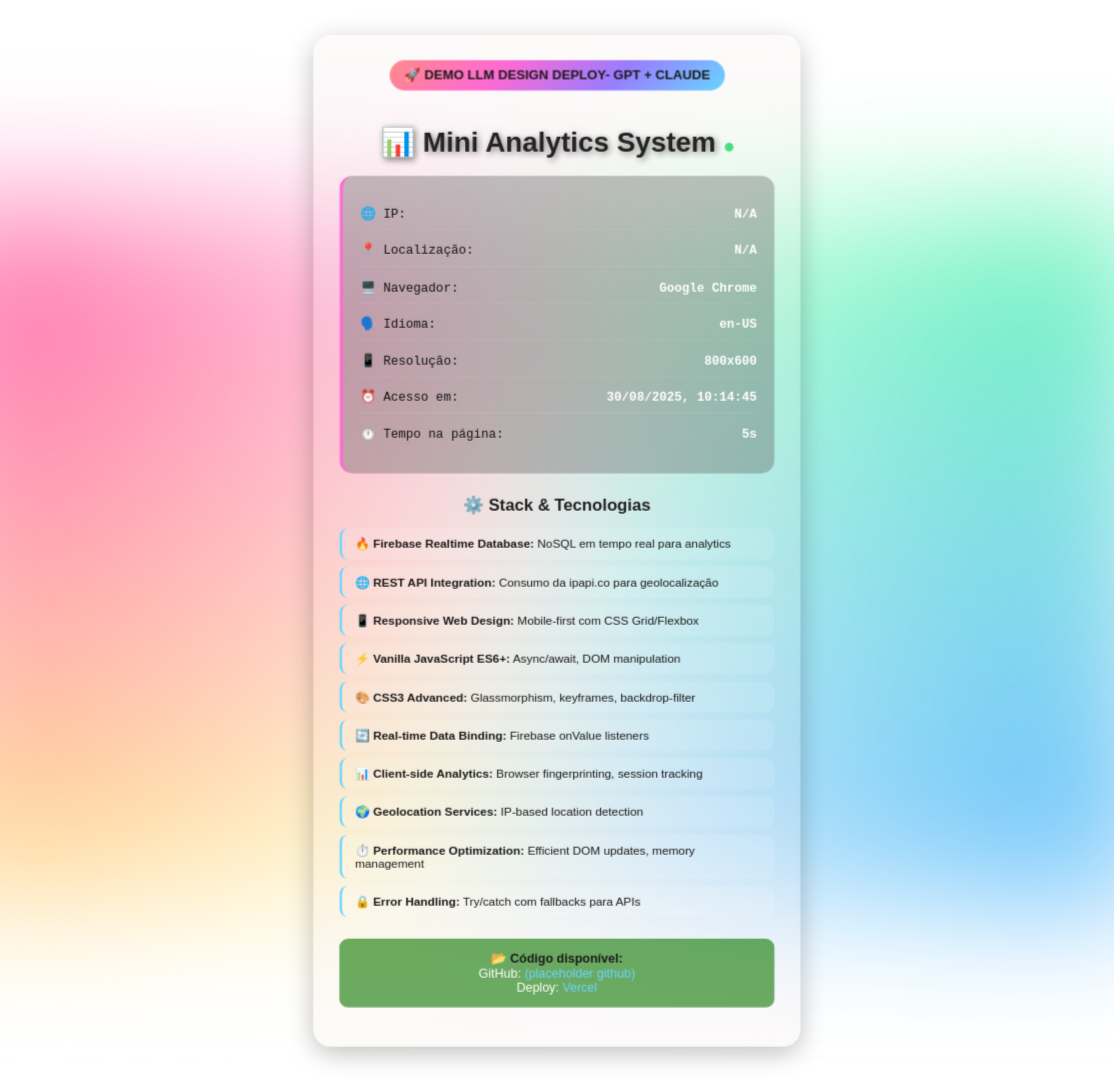
Repository: nardogod/mini-analytics
Page: mini.html
These files come from the project's save history. The page is drawn as it stood at one moment and after the next save; the edit follows.
The browser window is 1280 px wide. The pictures show the whole page, at 87% of full size.
The page's requests for data from a server got no answer.

Above is the page before, as saved 2025-08-30 11:18:23.

### mini.html
<!DOCTYPE html>
<html lang="pt-BR">
  <head>
    <meta charset="UTF-8" />
    <meta name="viewport" content="width=device-width, initial-scale=1.0" />
    <title>Demo Analytics - Portfólio</title>
    <style>
      body {
        margin: 0;
        font-family: "Poppins", sans-serif;
        display: flex;
        justify-content: center;
        align-items: center;
        min-height: 100vh;
        overflow-x: hidden;
        color: #1b1919;
        text-align: center;
        padding: 20px 0;
      }

      /* Fundo vibrante com bolhas coloridas mais intensas */
      .background {
        position: fixed;
        width: 100%;
        height: 100%;
        background: radial-gradient(
            circle at top left,
            rgba(255, 80, 160, 0.9),
            transparent 55%
          ),
          radial-gradient(
            circle at bottom right,
            rgba(80, 180, 255, 0.9),
            transparent 55%
          ),
          radial-gradient(
            circle at top right,
            rgba(80, 255, 160, 0.9),
            transparent 55%
          ),
          radial-gradient(
            circle at bottom left,
            rgba(255, 240, 120, 0.9),
            transparent 55%
          );
        filter: blur(70px);
        animation: moveBubbles 15s infinite alternate ease-in-out;
        z-index: -1;
      }

      @keyframes moveBubbles {
        0% {
          transform: translate(0, 0) scale(1);
        }
        25% {
          transform: translate(-50px, 40px) scale(1.1);
        }
        50% {
          transform: translate(40px, -50px) scale(1.15);
        }
        75% {
          transform: translate(-30px, -20px) scale(1.05);
        }
        100% {
          transform: translate(50px, 50px) scale(1);
        }
      }

      .container {
        background: rgba(240, 222, 222, 0.15);
        border-radius: 20px;
        padding: 30px;
        width: 90%;
        max-width: 500px;
        box-shadow: 0 8px 30px rgba(0, 0, 0, 0.25);
        backdrop-filter: blur(20px);
        margin: 20px;
      }

      h1 {
        font-size: 2rem;
        margin-bottom: 20px;
        color: #242222;
        text-shadow: 2px 2px 8px rgba(0, 0, 0, 0.5);
        position: relative;
      }

      /* Indicador de ao vivo */
      h1::after {
        content: "";
        display: inline-block;
        width: 10px;
        height: 10px;
        background: #4ade80;
        border-radius: 50%;
        margin-left: 10px;
        animation: blink 1.2s infinite;
      }

      @keyframes blink {
        0%,
        50% {
          opacity: 1;
        }
        51%,
        100% {
          opacity: 0.3;
        }
      }

      .demo-badge {
        display: inline-block;
        background: linear-gradient(135deg, #ff8a8a, #ff6ad5, #9a7dff, #6ad5ff);
        padding: 8px 16px;
        border-radius: 25px;
        font-size: 0.9rem;
        font-weight: bold;
        margin-bottom: 20px;
        animation: pulse 2s infinite;
      }

      @keyframes pulse {
        0%,
        100% {
          transform: scale(1);
        }
        50% {
          transform: scale(1.05);
        }
      }

      .analytics-display {
        background: rgba(88, 84, 84, 0.35);
        border-radius: 15px;
        padding: 20px;
        margin: 20px 0;
        text-align: left;
        font-family: "Courier New", monospace;
        font-size: 0.9rem;
        line-height: 1.6;
        border-left: 4px solid #ff6ad5;
      }

      .metric {
        display: flex;
        justify-content: space-between;
        margin: 8px 0;
        padding: 5px 0;
        border-bottom: 1px solid rgba(255, 255, 255, 0.1);
      }

      .metric:last-child {
        border-bottom: none;
      }

      .label {
        color: #131212;
        font-weight: 500;
      }

      .value {
        color: #fff;
        font-weight: bold;
      }

      .tecnicas {
        margin-top: 25px;
        font-size: 0.85rem;
        text-align: left;
      }

      .tecnicas h2 {
        font-size: 1.2rem;
        margin-bottom: 15px;
        text-align: center;
        color: #201f1f;
      }

      .tecnicas ul {
        list-style: none;
        padding: 0;
      }

      .tecnicas li {
        background: rgba(255, 255, 255, 0.1);
        margin: 8px 0;
        padding: 10px 15px;
        border-radius: 10px;
        border-left: 3px solid #6ad5ff;
        transition: all 0.3s ease;
      }

      .tecnicas li:hover {
        background: rgba(255, 255, 255, 0.25);
        transform: translateX(5px);
      }
    </style>
  </head>
  <body>
    <div class="background"></div>
    <div class="container">
      <div class="demo-badge">🚀 DEMO LLM DESIGN DEPLOY- GPT + CLAUDE</div>
      <h1>📊 Mini Analytics System</h1>

      <div class="analytics-display" id="analytics">
        <div class="metric">
          <span class="label">🌐 IP:</span>
          <span class="value" id="ip">Detectando...</span>
        </div>
        <div class="metric">
          <span class="label">📍 Localização:</span>
          <span class="value" id="location">Carregando...</span>
        </div>
        <div class="metric">
          <span class="label">🖥️ Navegador:</span>
          <span class="value" id="browser">Analisando...</span>
        </div>
        <div class="metric">
          <span class="label">🗣️ Idioma:</span>
          <span class="value" id="language">--</span>
        </div>
        <div class="metric">
          <span class="label">📱 Resolução:</span>
          <span class="value" id="screen">--</span>
        </div>
        <div class="metric">
          <span class="label">⏰ Acesso em:</span>
          <span class="value" id="timestamp">--</span>
        </div>
        <div class="metric">
          <span class="label">⏱️ Tempo na página:</span>
          <span class="value" id="sessionTime">0s</span>
        </div>
      </div>

      <div class="tecnicas">
        <h2>⚙️ Stack & Tecnologias</h2>
        <ul>
          <li>
            🔥 <strong>Firebase Realtime Database:</strong> NoSQL em tempo real
            para analytics
          </li>
          <li>
            🌐 <strong>REST API Integration:</strong> Consumo da ipapi.co para
            geolocalização
          </li>
          <li>
            📱 <strong>Responsive Web Design:</strong> Mobile-first com CSS
            Grid/Flexbox
          </li>
          <li>
            ⚡ <strong>Vanilla JavaScript ES6+:</strong> Async/await, DOM
            manipulation
          </li>
          <li>
            🎨 <strong>CSS3 Advanced:</strong> Glassmorphism, keyframes,
            backdrop-filter
          </li>
          <li>
            🔄 <strong>Real-time Data Binding:</strong> Firebase onValue
            listeners
          </li>
          <li>
            📊 <strong>Client-side Analytics:</strong> Browser fingerprinting,
            session tracking
          </li>
          <li>
            🌍 <strong>Geolocation Services:</strong> IP-based location
            detection
          </li>
          <li>
            ⏱️ <strong>Performance Optimization:</strong> Efficient DOM updates,
            memory management
          </li>
          <li>
            🔒 <strong>Error Handling:</strong> Try/catch com fallbacks para
            APIs
          </li>
        </ul>

        <div style="margin-top: 25px; text-align: center; font-size: 0.9rem">
          <div
            style="
              background: rgba(20, 122, 7, 0.623);
              padding: 15px;
              border-radius: 10px;
              margin: 15px 0;
            "
          >
            <strong>📂 Código disponível:</strong><br />
            <span style="color: #ffffff">GitHub: </span
            ><span style="color: #6ad5ff">(placeholder github)</span><br />
            <span style="color: #ffffff">Deploy: </span
            ><span style="color: #6ad5ff">Vercel</span>
          </div>
        </div>
      </div>
    </div>

    <script>
      let sessionTime = 0;

      function coletarDados() {
        const navegador = getBrowserInfo();
        const idioma = navigator.language || "pt-BR";
        const tela = `${window.screen.width}x${window.screen.height}`;
        const acessoEm = new Date().toLocaleString("pt-BR");

        document.getElementById("browser").textContent = navegador;
        document.getElementById("language").textContent = idioma;
        document.getElementById("screen").textContent = tela;
        document.getElementById("timestamp").textContent = acessoEm;

        buscarIP();

        setInterval(() => {
          sessionTime++;
          const minutes = Math.floor(sessionTime / 60);
          const seconds = sessionTime % 60;
          const timeDisplay =
            minutes > 0 ? `${minutes}m ${seconds}s` : `${seconds}s`;
          document.getElementById("sessionTime").textContent = timeDisplay;
        }, 1000);
      }

      function getBrowserInfo() {
        const ua = navigator.userAgent;
        if (ua.includes("Chrome") && !ua.includes("Edge"))
          return "Google Chrome";
        if (ua.includes("Firefox")) return "Mozilla Firefox";
        if (ua.includes("Safari") && !ua.includes("Chrome")) return "Safari";
        if (ua.includes("Edge")) return "Microsoft Edge";
        if (ua.includes("Opera")) return "Opera";
        return "Desconhecido";
      }

      async function buscarIP() {
        try {
          const res = await fetch("https://ipapi.co/json/");
          const data = await res.json();
          document.getElementById("ip").textContent = data.ip;
          document.getElementById(
            "location"
          ).textContent = `${data.city}, ${data.country_name}`;
        } catch (e) {
          console.error("Erro ao buscar IP:", e);
          document.getElementById("ip").textContent = "N/A";
          document.getElementById("location").textContent = "N/A";
        }
      }

      coletarDados();
    </script>
  </body>
</html>

After the next save:
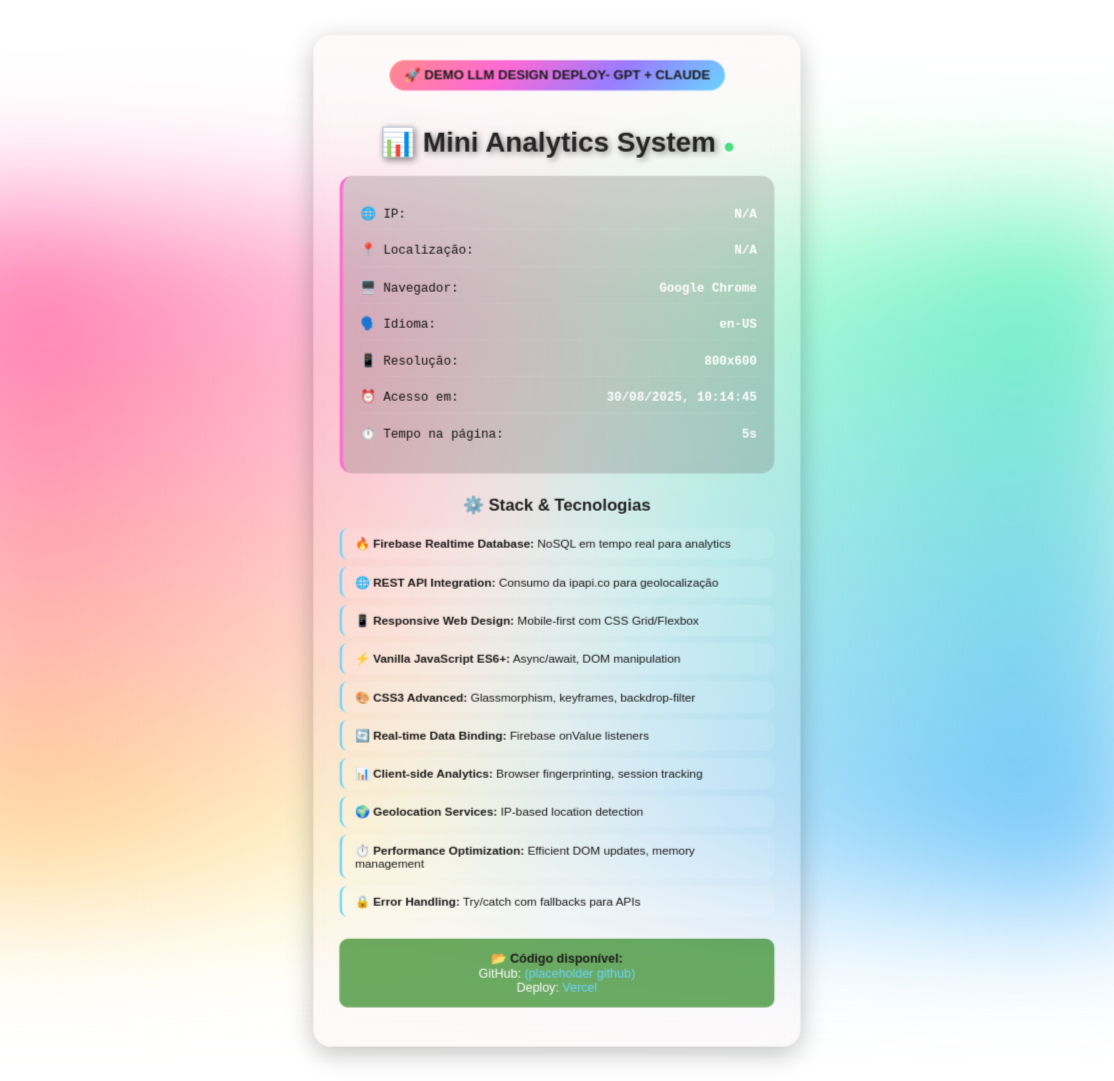
Saved 12 s later.
--- a/mini.html
+++ b/mini.html
@@ -130,7 +130,7 @@
       }
 
       .analytics-display {
-        background: rgba(88, 84, 84, 0.35);
+        background: rgba(88, 84, 84, 0.233);
         border-radius: 15px;
         padding: 20px;
         margin: 20px 0;
